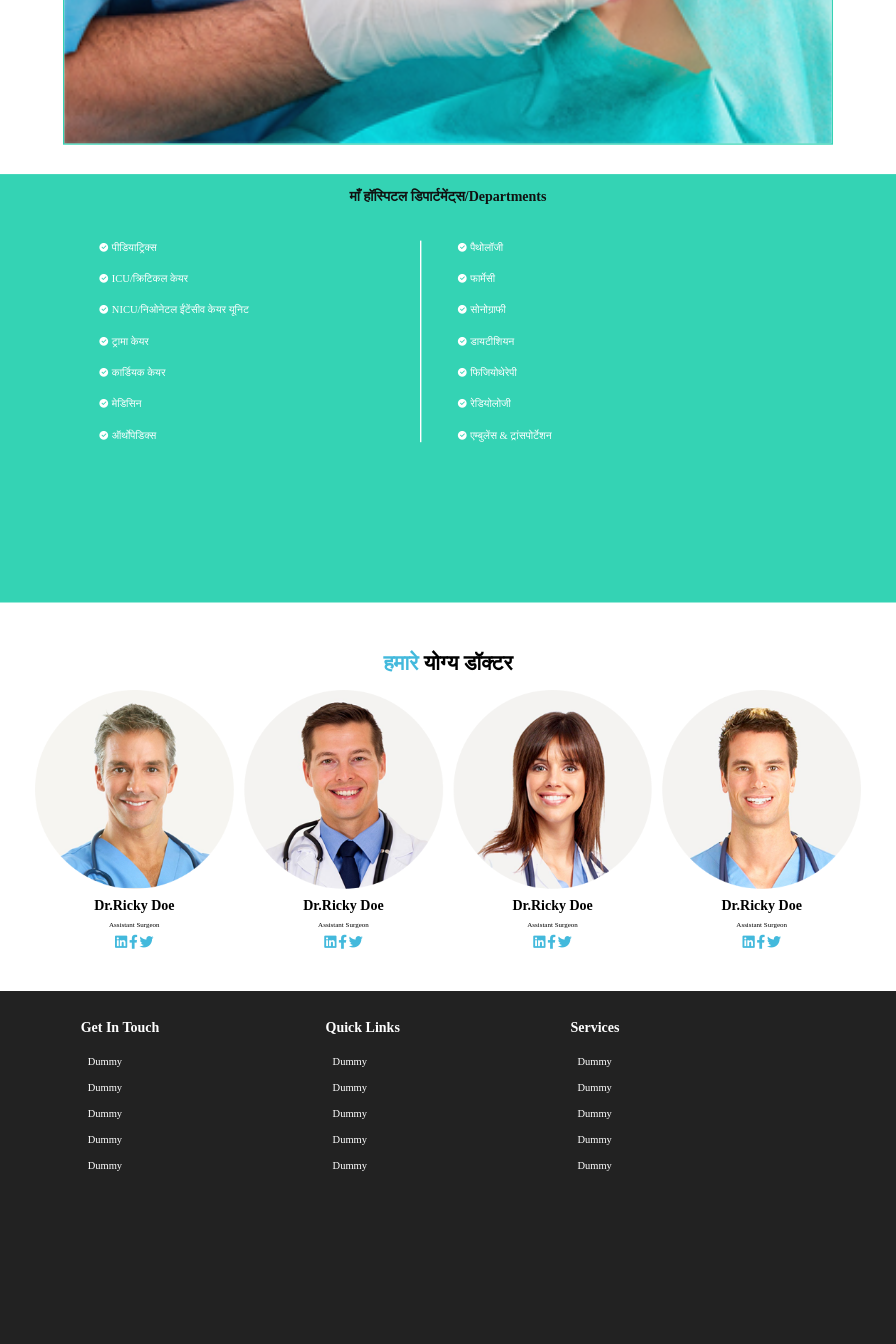
Repository: Aayush919/test
Page: index.html
These files come from the project's save history. The page is drawn as it stood at one moment and after the next save; the edit follows.
The browser window is 1280 px wide. The pictures show the part of the page from y = 2134 to 4054 px (the page is 4054 px tall before and 4039 px after), at 70% of full size.

Above is the page before, as saved 2023-10-15 09:01:37.

After the next save:
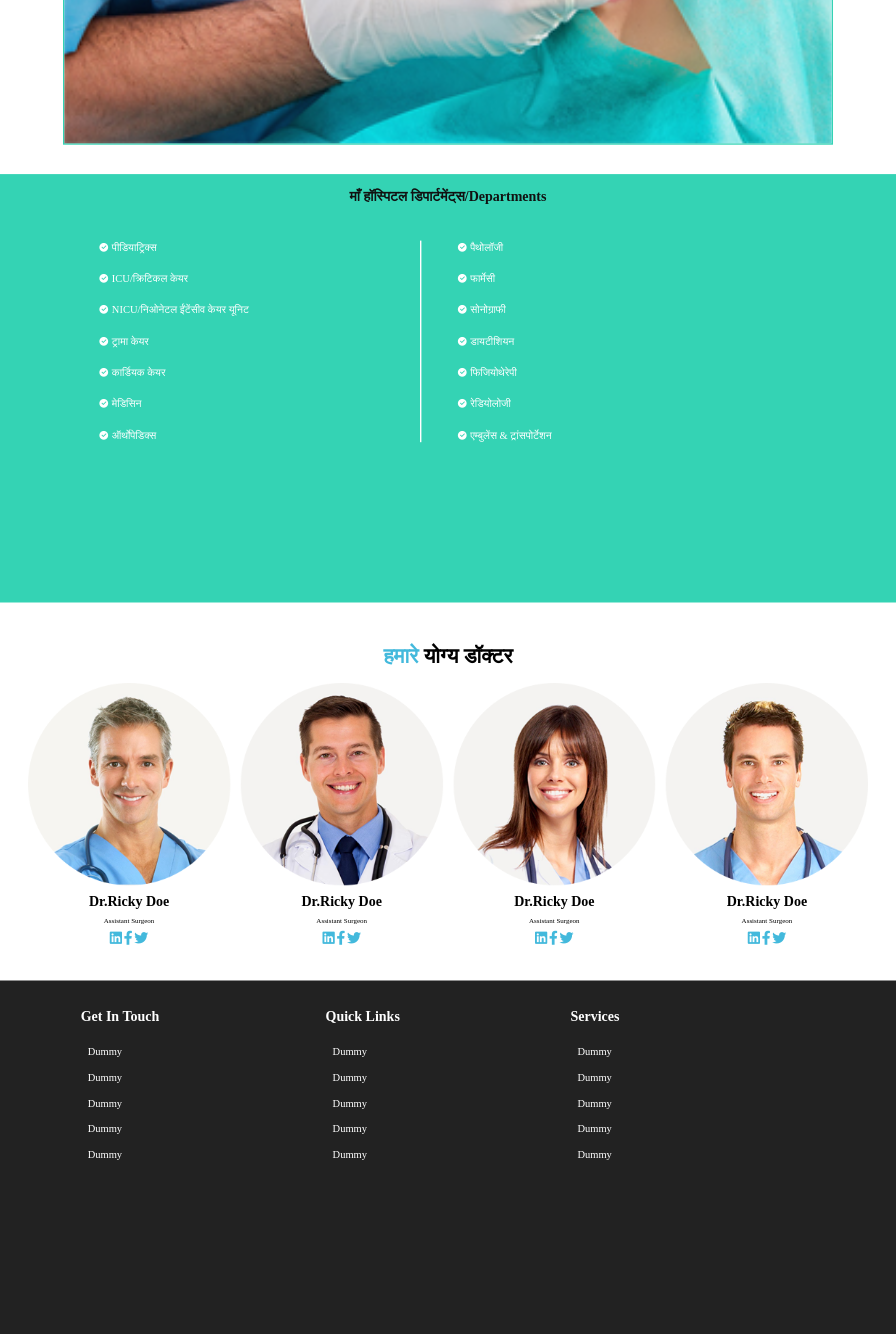
Saved 4 s later.
--- a/style.css
+++ b/style.css
@@ -215,7 +215,7 @@ header .navbar.active{
     width: 100%;
 } */
 .ourteam-section{
-    padding: 5rem;
+    padding: 4rem;
 }
 .ourteam-section h2{
     padding: 2rem;
